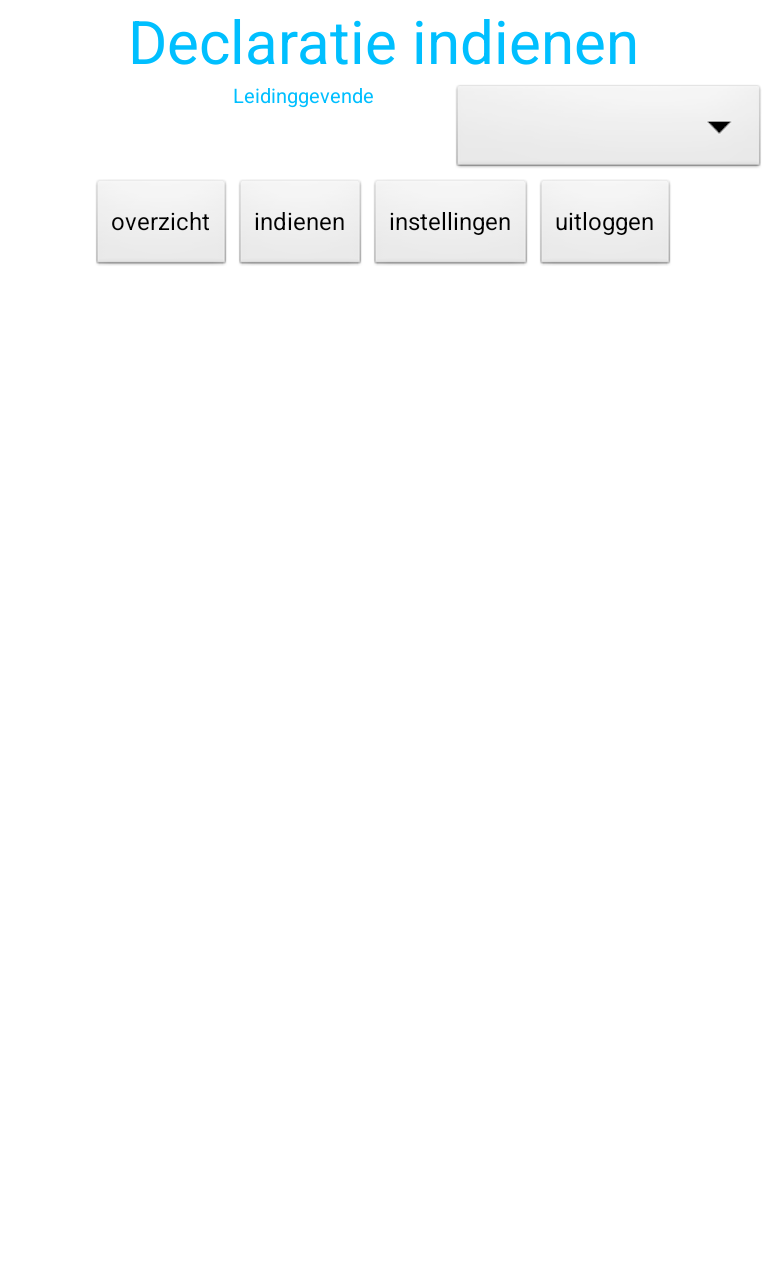
Repository: alexanderbolhuis/ilmoitus_mobile
Layout: LoginActivity/res/layout/activity_declare.xml
These files come from the project's save history. The layout is drawn as it stood at one moment and after the next save; the edit follows.
It is drawn on a 768 x 1280 px phone screen (xhdpi) without system bars, with theme AppTheme; the app's code is not run.

Above is the layout before, as saved 2014-05-04 19:07:03.

After the next save:
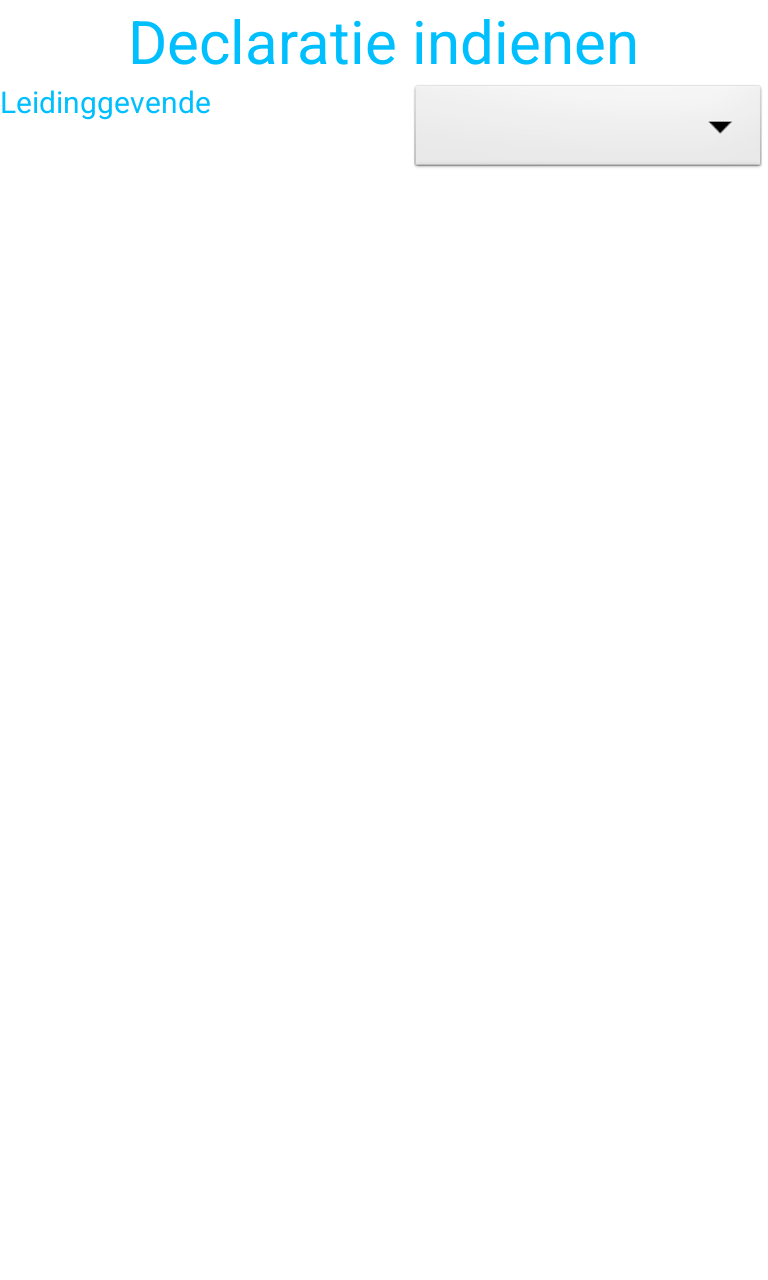
Saved 5 min 1 s later.
--- a/LoginActivity/res/layout/activity_declare.xml
+++ b/LoginActivity/res/layout/activity_declare.xml
@@ -17,7 +17,7 @@
 
     <TableLayout
         android:layout_width="fill_parent"
-        android:layout_height="wrap_content"
+        android:layout_height="fill_parent"
         android:shrinkColumns="*"
         android:stretchColumns="*"
         android:orientation="vertical" >
@@ -26,24 +26,21 @@
             android:id="@+id/tableRow1"
             android:layout_width="match_parent"
             android:layout_height="wrap_content"
-            android:gravity="center_horizontal">
+            android:gravity="center_horizontal" >
 
             <TextView
-		        android:text="Leidinggevende"
-		        android:layout_width="wrap_content"
-		        android:layout_height="wrap_content"
-		        android:layout_column="1"
-		        android:gravity="center"
-		        android:textColor="#00BFFF"
-		        android:textSize="10dp" />
+                android:layout_width="match_parent"
+                android:layout_height="wrap_content"
+                android:column_layout="1"
+                android:text="Leidinggevende"
+                android:textColor="#00BFFF"
+                android:textSize="15dp" />
 
             <Spinner
-		      	android:id="@+id/spinner1"
-		        android:layout_width="wrap_content"
-		       	android:layout_height="wrap_content"
-		       	android:width="100px"
-		       	android:prompt="@string/prompt_spinner" />
-
+                android:id="@+id/spinner1"
+                android:gravity="center"
+                android:prompt="@string/prompt_spinner"
+                android:width="10px" />
         </TableRow>
 
 	</TableLayout>
